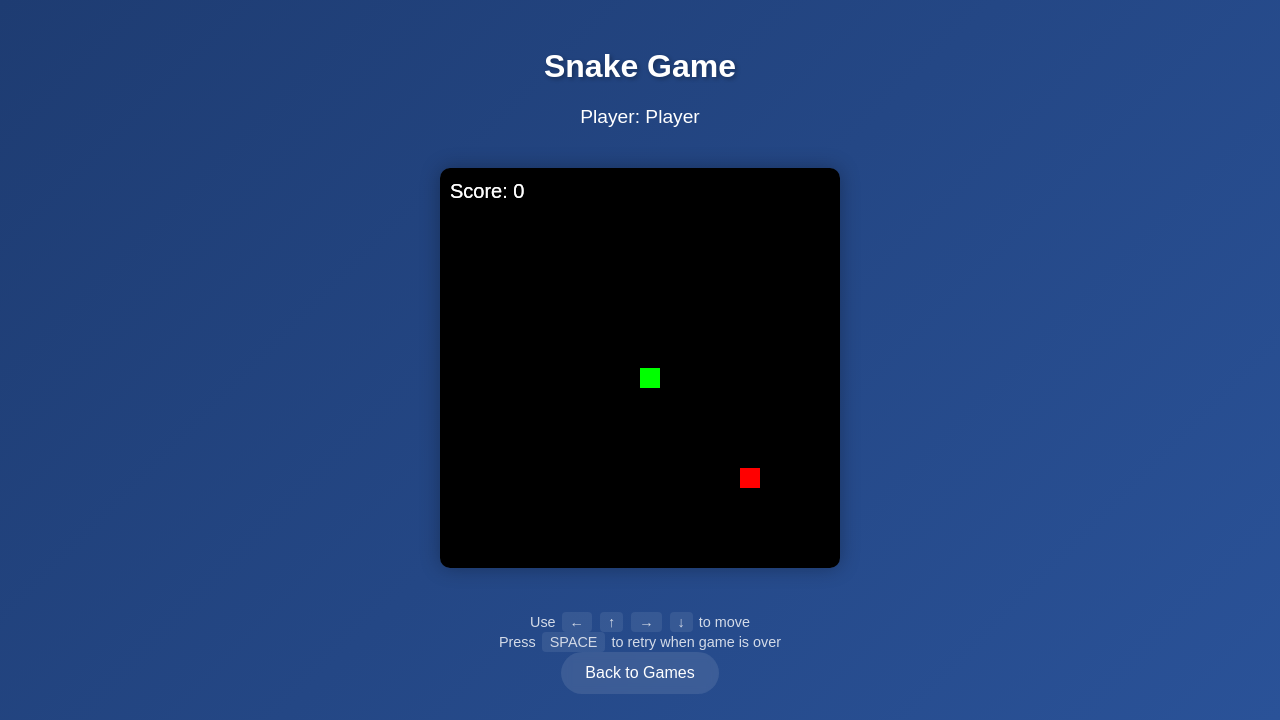
Repository: daBatmanCoder/game_portal_ai
Page: games/snake/snake.html
The author's editor kept a copy of each file at every save. The page is drawn from the files as they stood at one save, then again after the next save.
The browser window is 1280 px wide. The pictures show the whole page.

Above is the page before, as saved 2024-11-22 16:01:14.

After the next save:
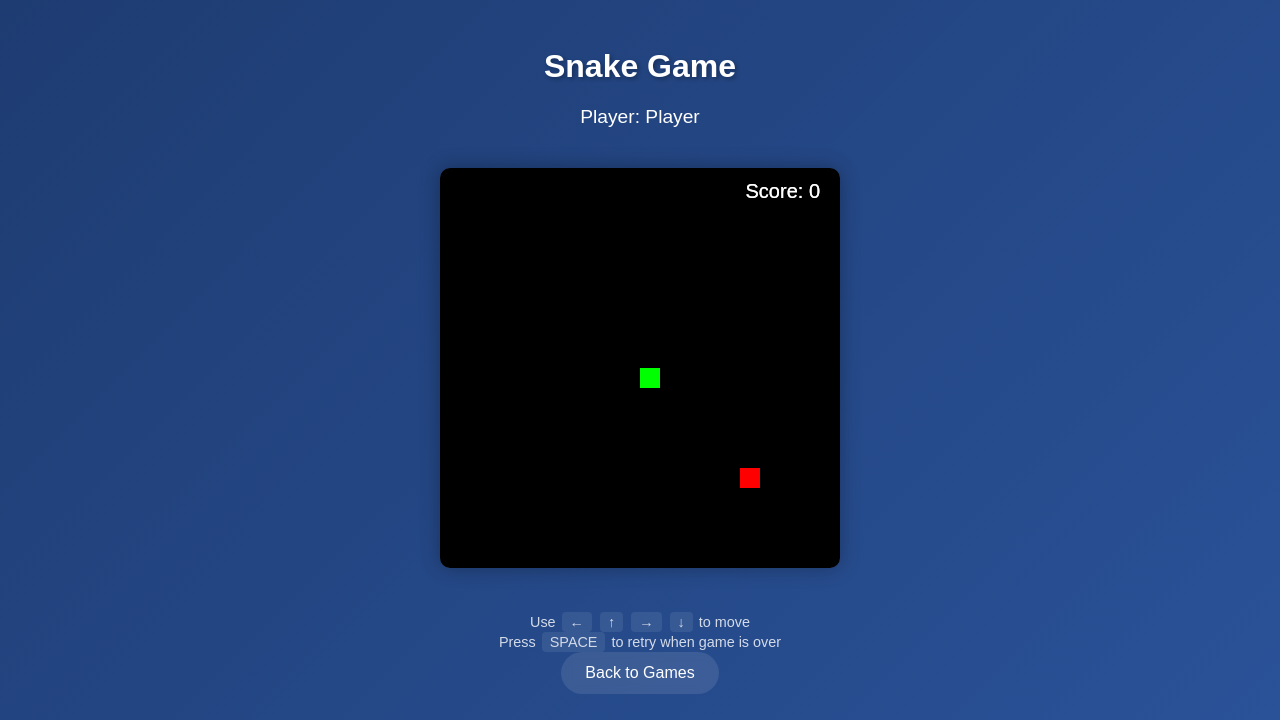
Saved 1 s later.
--- a/games/snake/snake.js
+++ b/games/snake/snake.js
@@ -109,7 +109,8 @@ function drawFood() {
 function drawScore() {
     ctx.fillStyle = 'white';
     ctx.font = '20px Arial';
-    ctx.fillText('Score: ' + score, 10, 30);
+    ctx.textAlign = 'right';
+    ctx.fillText(`Score: ${score}`, canvas.width - 20, 30);
 }
 
 function moveSnake() {
